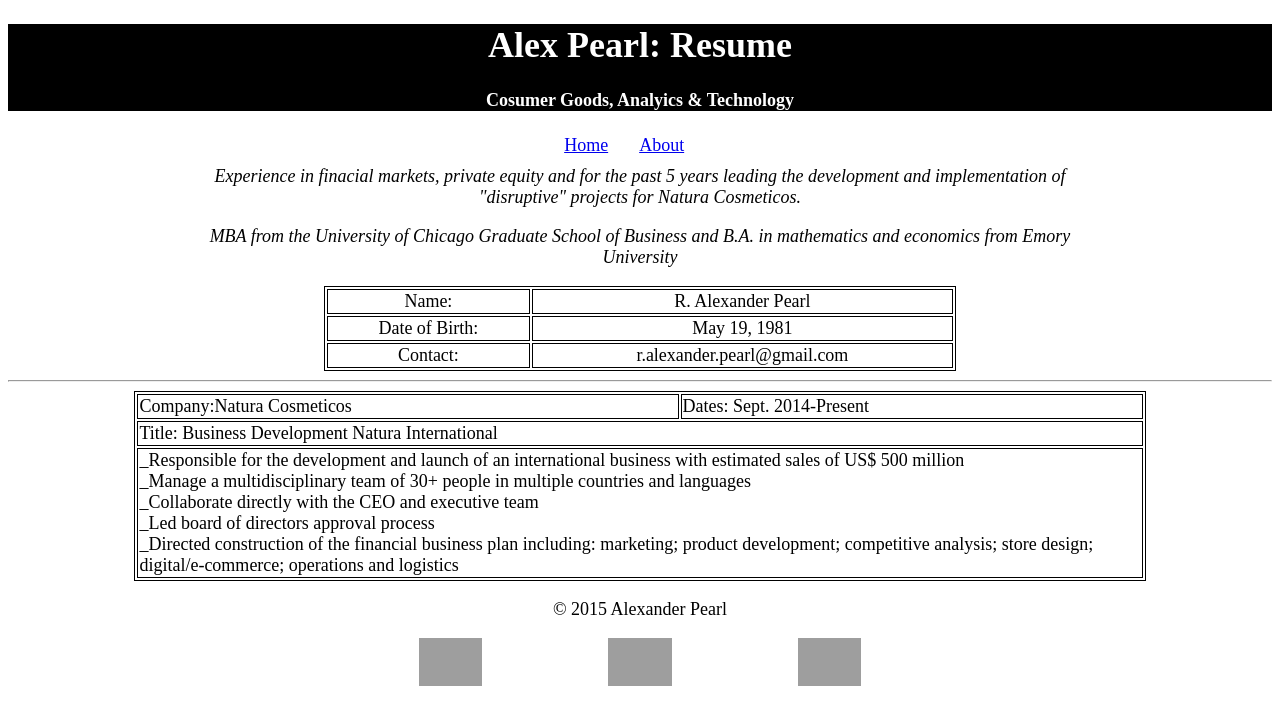
Repository: rapearl19/Project1
Page: Resume.html
The author's editor kept a record of every edit. The page is drawn from the files as they stood at one moment, then again after the next edit.
The browser window is 1280 px wide. The pictures show the whole page.
Pictures or frames that could not be fetched are drawn as grey boxes.

Above is the page before.

### Resume.html
<!DOCTYPE html>
<html lang="eng">
  <head>
    <meta charset="utf-8">
    <title> Alex_Pearl_Resume </title>
    <link rel="stylesheet" type="text/css" href="CSS/Main.css">

  </head>
  <body>
    <header>
        <h1> Alex Pearl: Resume </h1>
        <h4 class="Resume_Title"> Cosumer Goods, Analyics & Technology</h4>
      <nav>
        <ul>
          <li class="Resume_Home"> <a href="index.html">Home</a></li>
          <li class="Resume_About"> <a href="About.html">About</a></li>
        </ul>
      </nav>
    </header>
    <section>
      <p class=Resume_Summary> Experience in finacial markets, private equity and for the past 5 years leading the development and implementation of "disruptive" projects for Natura Cosmeticos.</p>
      <p class=Resume_Summary> MBA from the University of Chicago Graduate School of Business and B.A. in mathematics and economics from Emory University</p>
      <div>
        <table id="personal">
          <tr>
            <td> Name:</td>
            <td> R. Alexander Pearl</td>
          </tr>
          <tr>
            <td> Date of Birth:</td>
            <td> May 19, 1981</td>
          </tr>
          <tr>
            <td>Contact:</td>
            <td>r.alexander.pearl@gmail.com</td>
          </tr>
        </table>
      </div>
      <hr>
      <div>
        <table id="experience">
          <tr>
            <td>Company:Natura Cosmeticos</td>
            <td>Dates: Sept. 2014-Present</td>
          </tr>
          <tr>
            <td colspan="2">Title: Business Development Natura International</td>
          </tr>
          <tr>
            <td colspan="2">
              <ul>
                <li>_Responsible for the development and launch of an international business with estimated sales of US$ 500 million</li>
                <li>_Manage a multidisciplinary team of 30+ people in multiple countries and languages</li>
                <li>_Collaborate directly with the CEO and executive team</li>
                <li>_Led board of directors approval process</li>
                <li>_Directed construction of the financial business plan including: marketing; product development; competitive analysis; store design; digital/e-commerce; operations and logistics</li>
              </ul>
            </td>
          </tr>
        </table>
      </div>
    </section>
    <footer>
      <p class=index_copy> &copy; 2015 Alexander Pearl </p>
      <div id="wrap">
        <div class="left">
            <a href="https://twitter.com/rapearl19">
              <img title="Twitter" alt="Twitter" src="https://socialmediawidgets.files.wordpress.com/2014/03/01_twitter1.png" width="35" height="35" />
            </a>
        </div>
        <div class="middle">
            <a href="https://www.linkedin.com/profile/view?id=50632140&trk=hp-identity-photo">
              <img title="LinkedIn" alt="LinkedIn" src="https://socialmediawidgets.files.wordpress.com/2014/03/07_linkedin1.png" width="35" height="35" />
            </a>
        </div>
        <div class="right">
            <a href="https://www.facebook.com/alex.pearl.796">
                <img title="Facebook" alt="Facebook" src="https://socialmediawidgets.files.wordpress.com/2014/03/02_facebook1.png" width="35" height="35" />
            </a>
        </div>
      </div>
    </footer>
  </body>
</html>

### CSS/Main.css
body {
  font-family: 'Indie Flower', cursive;
  font-size: 18px;
}
header{
  background: black;
  color: white;
}
h1{
  text-align: center;
}
h2{
  text-align: center;
}
ul {
  list-style-type: none;
  padding: 0px;
  margin: 0px;
}
#top_nav {
  display: block;
  margin-left: auto;
  margin-right: auto;
}
.index_About {
    float: left;
    width: 75px;
    margin-left: 44%;
}
.index_Resume {
    float: left;
    width: 75px;
    padding-right:30%;
    padding-bottom:10px;
}
.Callen {
    text-align: center;
    font-style: italic;
    width: 70%;
    padding-left:15%;
}
img {
    display: block;
    width:50%;
    height:50%;
    margin-left: auto;
    margin-right: auto;
}
.index_copy {
    text-align: center;
}

.left {
  float:left;
  width:10%;
  padding-left:30%;
}

.middle {
  float:left;
  width:10%;
  padding-left:5%
}

.right {
  float:left;
  width:10%;
  padding-left:5%;
}


/* For About.html*/

.Resume_Title {
  text-align: center;
}

.About_Home {
  float:left;
  width:75px;
  padding-left: 44%;
}

.About_Resume {
  float:left;
  width:75px;
  padding-right:30%;
  padding-bottom:10px;
}

.About_Summary {
  text-align: center;
  font-style: italic;
  width: 70%;
  padding-left:15%;
}
.About_Callen {
  text-align: center;
  font-style: italic;
  width: 100%;
}
video {
    display:block;
    width: 65%;
    height: 40%;
    margin-left: auto;
    margin-right:auto;
}

/* For Resume.html */

.Resume_Home {
  float:left;
  width:75px;
  padding-left: 44%;
}
.Resume_About {
  float:left;
  width:75px;
  padding-right:30%;
  padding-bottom:10px;
}
.Resume_Summary {
  text-align: center;
  font-style: italic;
  width: 70%;
  padding-left:15%;
}
table, th, td {
   border: 1px solid black;
}
table#personal {
  margin-left: auto;
  margin-right: auto;
  width: 50%;
  border: 1px solid black;
  text-align: center;
}
table#experience {
    width: 80%;
    border: 1px solid black;
    margin-left: auto;
    margin-right: auto;
    text-align: left;
}

After the next edit:
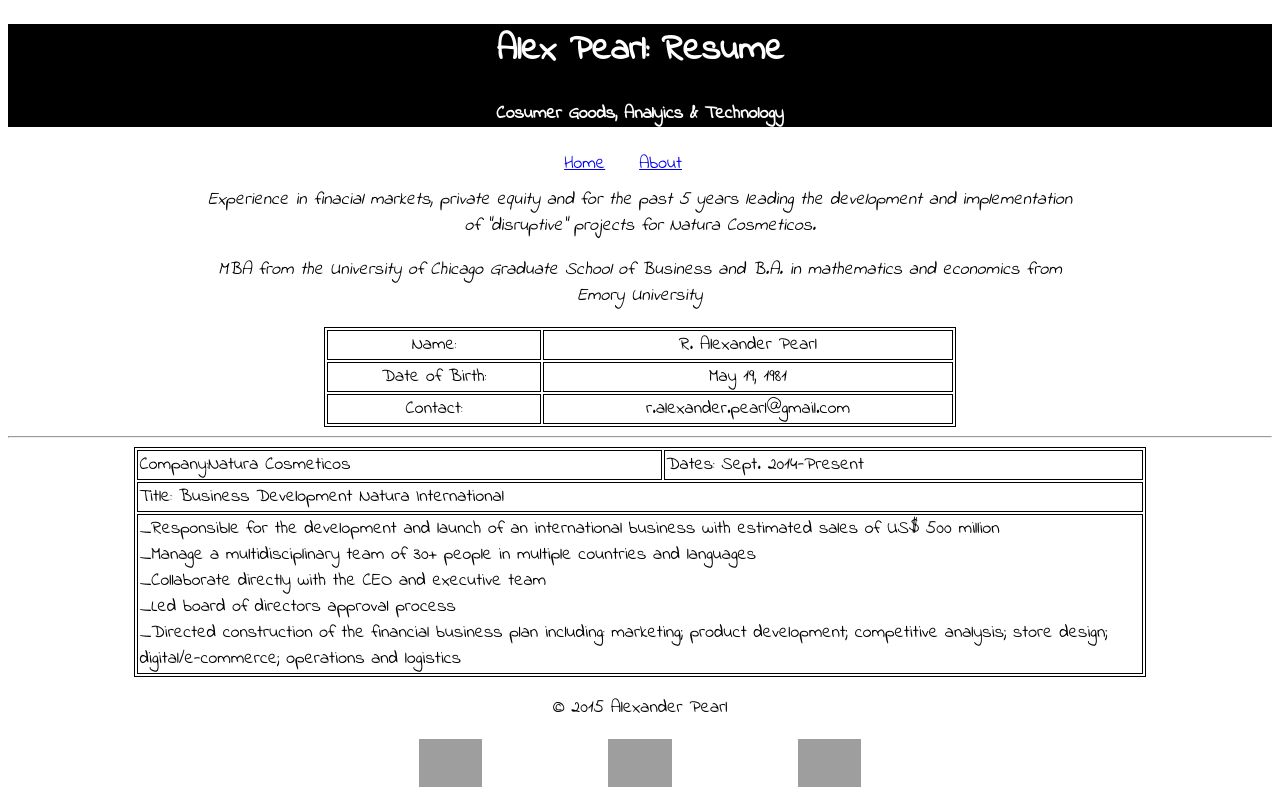
The edit:
--- a/Resume.html
+++ b/Resume.html
@@ -1,6 +1,7 @@
 <!DOCTYPE html>
 <html lang="eng">
   <head>
+    <link href='http://fonts.googleapis.com/css?family=Indie+Flower' rel='stylesheet' type='text/css'>
     <meta charset="utf-8">
     <title> Alex_Pearl_Resume </title>
     <link rel="stylesheet" type="text/css" href="CSS/Main.css">
